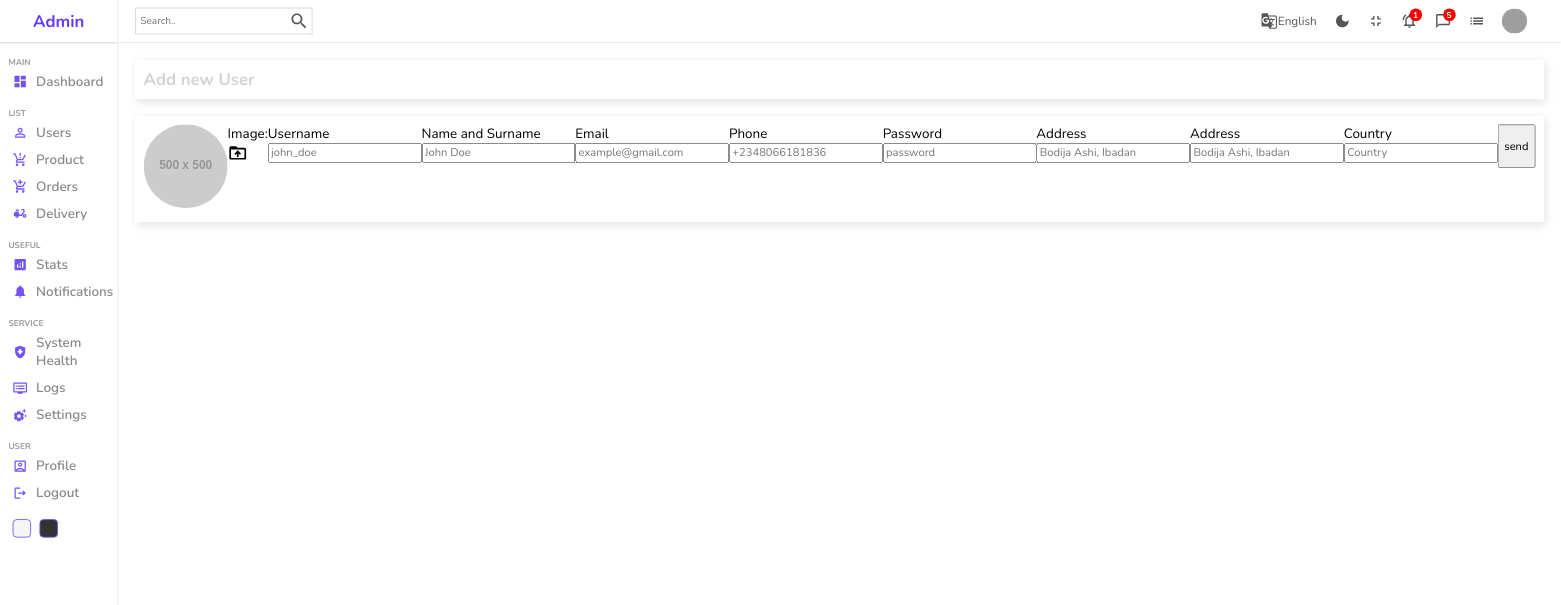
Repository: maescode/simple-react-admin-dashboard
Page: /users/new
These files come from the project's save history. The page is drawn as it stood at one moment and after the next save; the edit follows.
The browser window is 1280 px wide. The page is 1858 px wide, then 1280 px, so the pictures cover 1858 px, including what lies to the right of the window. The pictures show the whole page, at 84% of full size.
Pictures or frames that could not be fetched are drawn as grey boxes. The project was rebuilt for these pictures with package versions that can differ from the ones it lists, and the page was loaded fresh each time. Also part of the build but not shown: src/App.css, src/pages/home/home.scss, src/pages/components/widget/widget.scss, src/pages/components/widget/Widget.jsx, src/pages/components/featured/featured.scss, src/pages/components/featured/Featured.jsx, src/pages/components/chart/chart.scss, src/pages/components/chart/Chart.jsx and 11 more.

Above is the page before, as saved 2022-08-10 06:01:51.

After the next save:
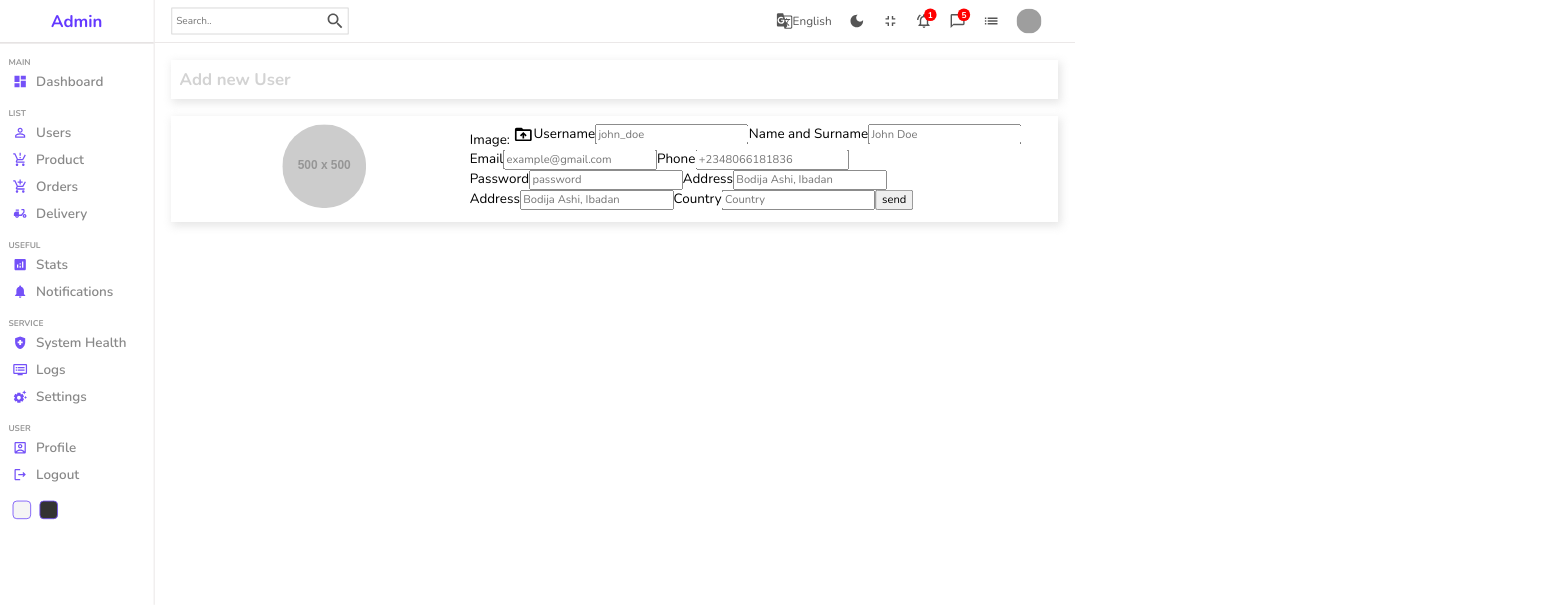
Saved 39 s later.
--- a/src/pages/new/new.scss
+++ b/src/pages/new/new.scss
@@ -33,7 +33,7 @@
       flex: 2;
       form {
         display: flex;
-        flex: wrap;
+        flex-wrap: wrap;
       }
 
       //   form {
